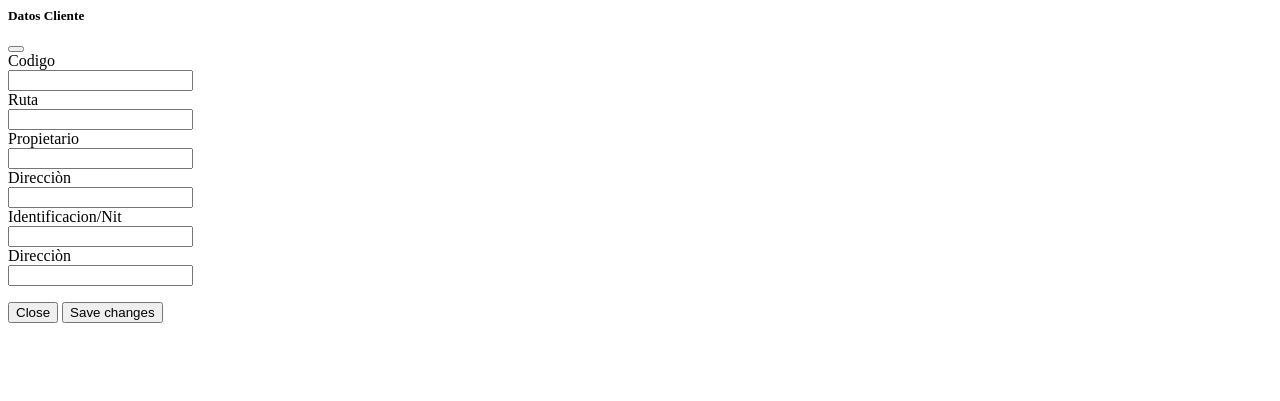
Repository: LucasVillegas/app-admin
Page: http://localhost/app-movil/resources/views/pages/includes/modal-cliente.php
An editor plug-in stored every save of this project. The page is shown before and after a run of saves, followed by the edit.
The browser window is 1280 px wide. The pictures show the whole page.
The page is run by PHP 8.4 with error messages shown; the project is at /var/www/html/.

Above is the page before, as saved 2022-06-13 14:58:53.

After the next 2 saves:
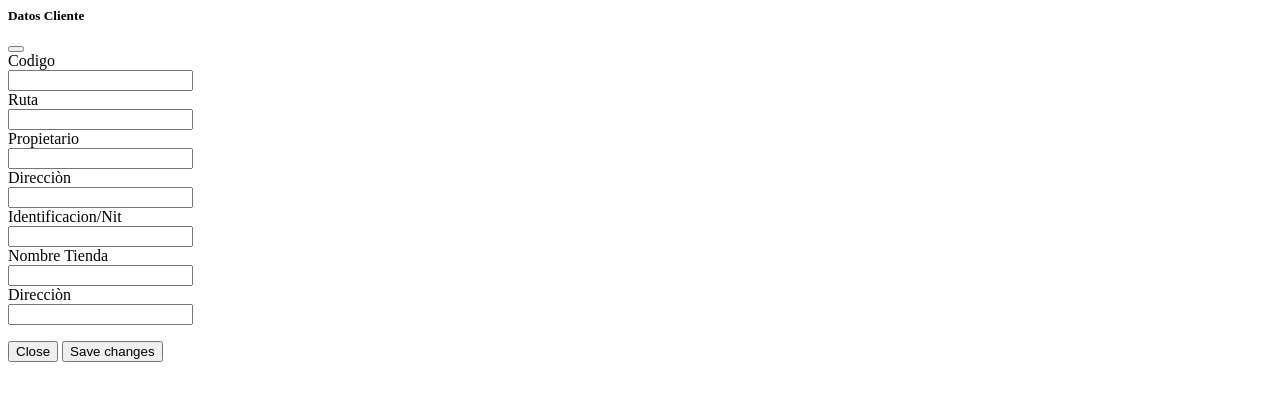
The 2 saves are shown as one change because they came seconds apart.
The last was saved 14 s later.
--- a/resources/views/pages/includes/modal-cliente.php
+++ b/resources/views/pages/includes/modal-cliente.php
@@ -43,6 +43,12 @@
                         </div>
                     </div>
                     <div class="row mb-2">
+                        <label for="inputNumber" class="col-sm-2 col-form-label">Nombre Tienda</label>
+                        <div class="col-sm-10">
+                            <input type="number" class="form-control">
+                        </div>
+                    </div>
+                    <div class="row mb-2">
                         <label for="inputNumber" class="col-sm-2 col-form-label">Direcci&ograve;n</label>
                         <div class="col-sm-10">
                             <input type="number" class="form-control">
